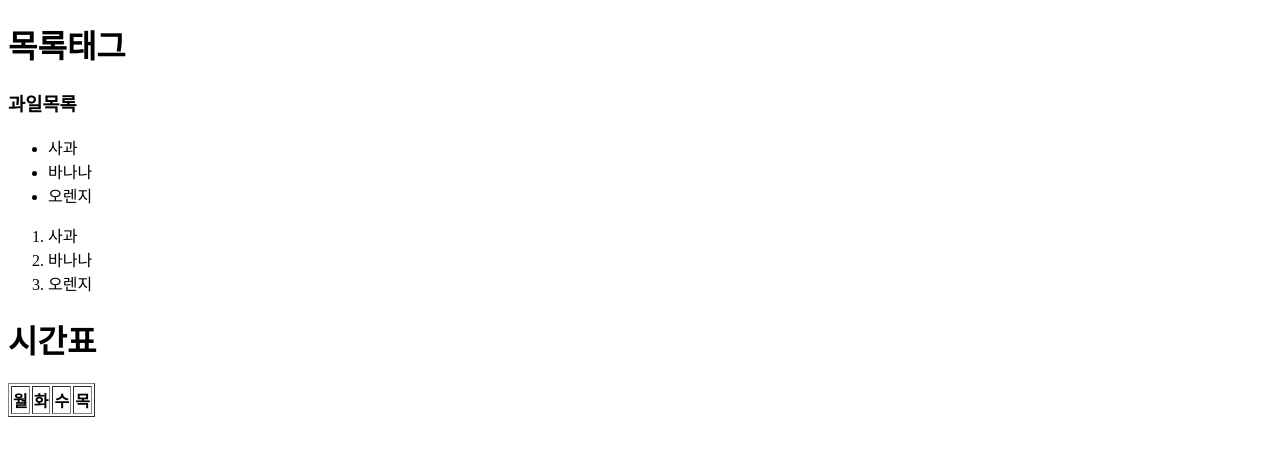
Repository: blinggg/html_git
Page: 0406/ex0406/WebContent/ex04.html
The author's editor kept a copy of each file at every save. The page is drawn from the files as they stood at one save, then again after the next save.
The browser window is 1280 px wide. The pictures show the whole page.

Above is the page before, as saved 2020-04-06 02:50:34.

### 0406/ex0406/WebContent/ex04.html
<!DOCTYPE html>
<html>
<head>
<meta charset="UTF-8">
<title>연습4</title>
</head>
<body>
	<h1>목록태그</h1>
	<h3>과일목록</h3>

	<!-- 순서가 없는 리스트 -->
	<ul>
		<li>사과  </li>
		<li>바나나</li>
		<li>오렌지</li>
	</ul>

	<!-- 순서가 있는 리스트 -->
	<ol><li>사과  </li>
		<li>바나나</li>
		<li>오렌지</li>
	</ol>

	<h1>시간표</h1>
	<table border=1>
		<tr>
			<th>월</th>
			<th>화</th>
			<th>수</th>
			<th>목</th>


		</tr>
	</table>
</body>
</html>

After the next save:
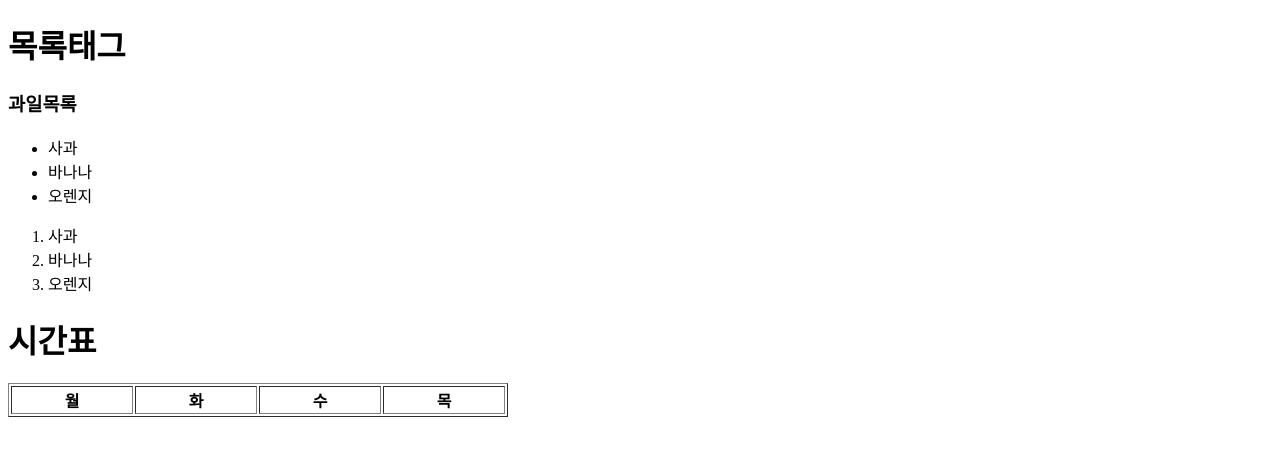
Saved 21 s later.
--- a/0406/ex0406/WebContent/ex04.html
+++ b/0406/ex0406/WebContent/ex04.html
@@ -22,7 +22,7 @@
 	</ol>
 
 	<h1>시간표</h1>
-	<table border=1>
+	<table border=1 width=500>
 		<tr>
 			<th>월</th>
 			<th>화</th>
